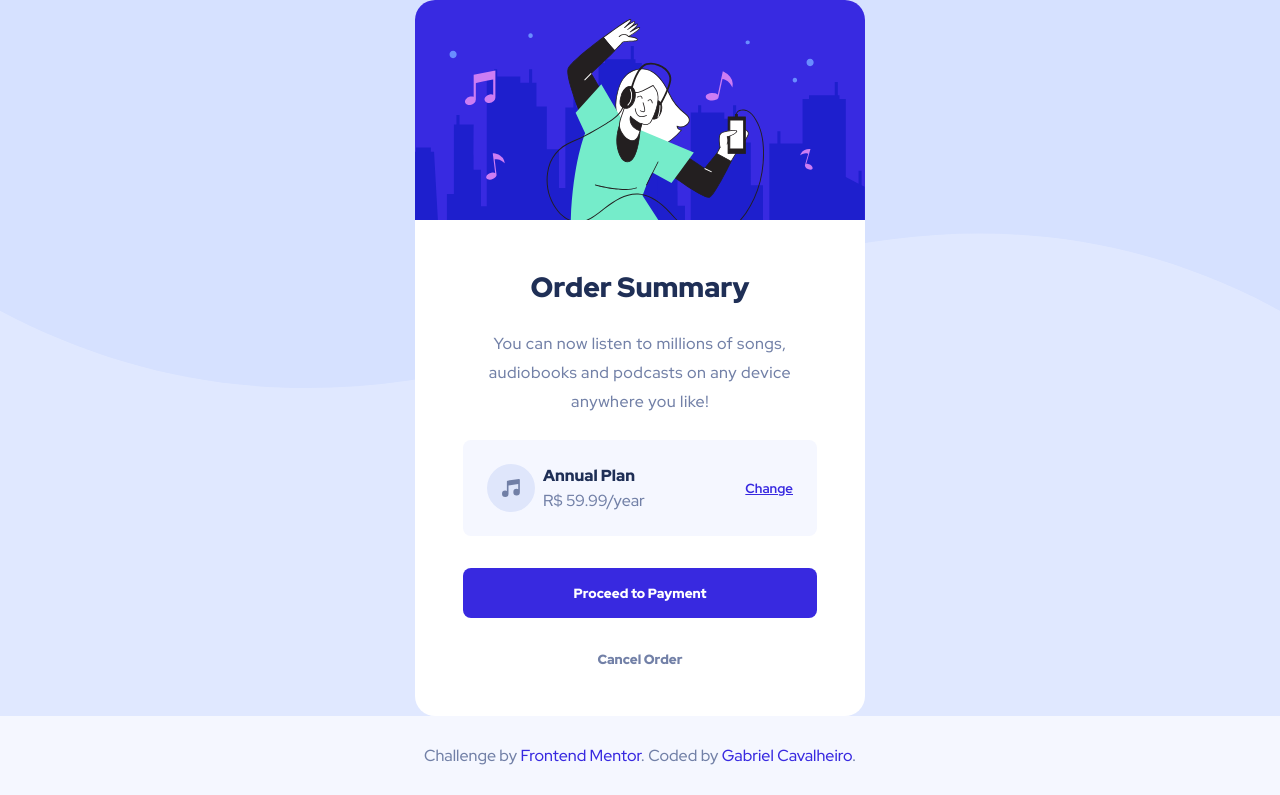
Repository: gccavalheiro/order-summary-card
Page: index.html
An editor plug-in stored every save of this project. The page is shown before and after the next save, followed by the edit.
The browser window is 1280 px wide. The pictures show the whole page.

Above is the page before, as saved 2021-12-17 03:30:04.

After the next save:
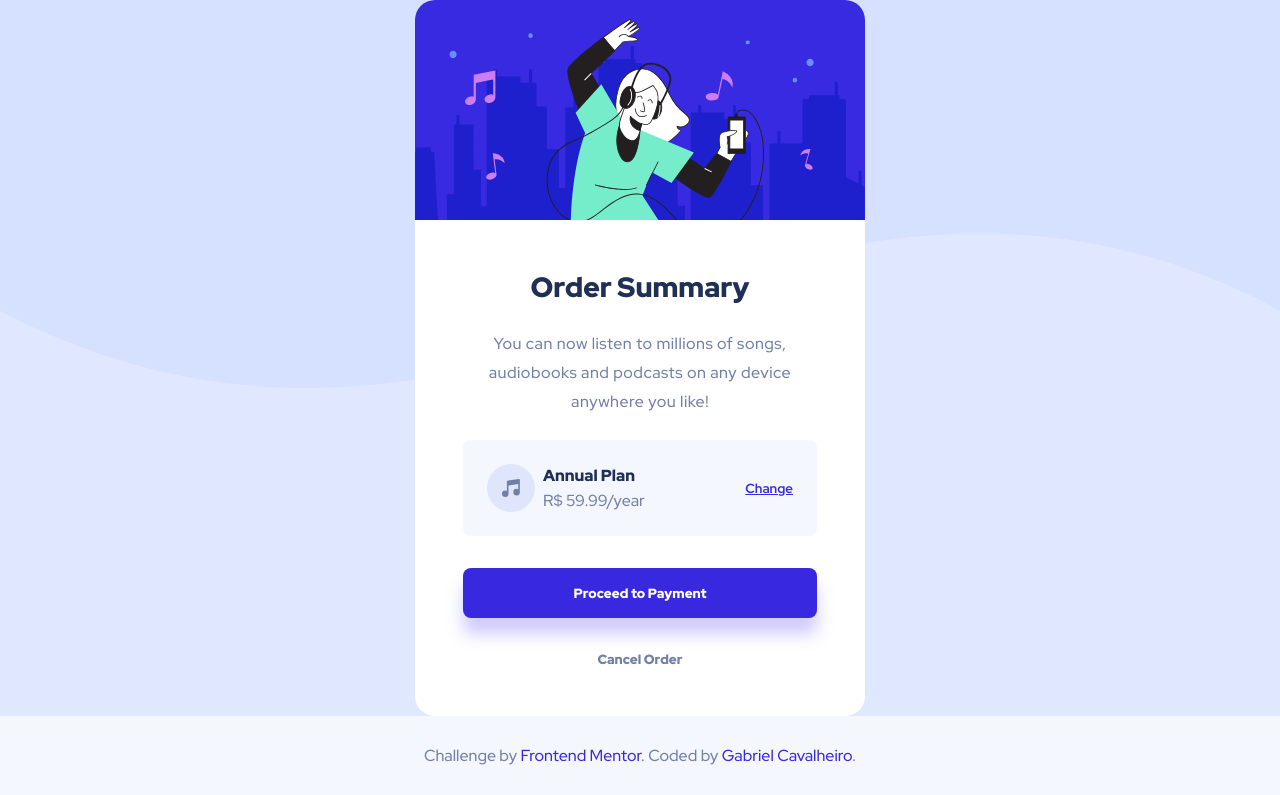
Saved 7 min 57 s later.
--- a/assets/css/main.css
+++ b/assets/css/main.css
@@ -179,6 +179,7 @@ main {
   background-color: var(--secondary-bright-blue);
   border-radius: 8px;
   margin: 32px 0;
+  box-shadow: 0px 16px 16px rgba(118, 108, 241, 0.35);
 }
 
 .card-button-payment:hover {
